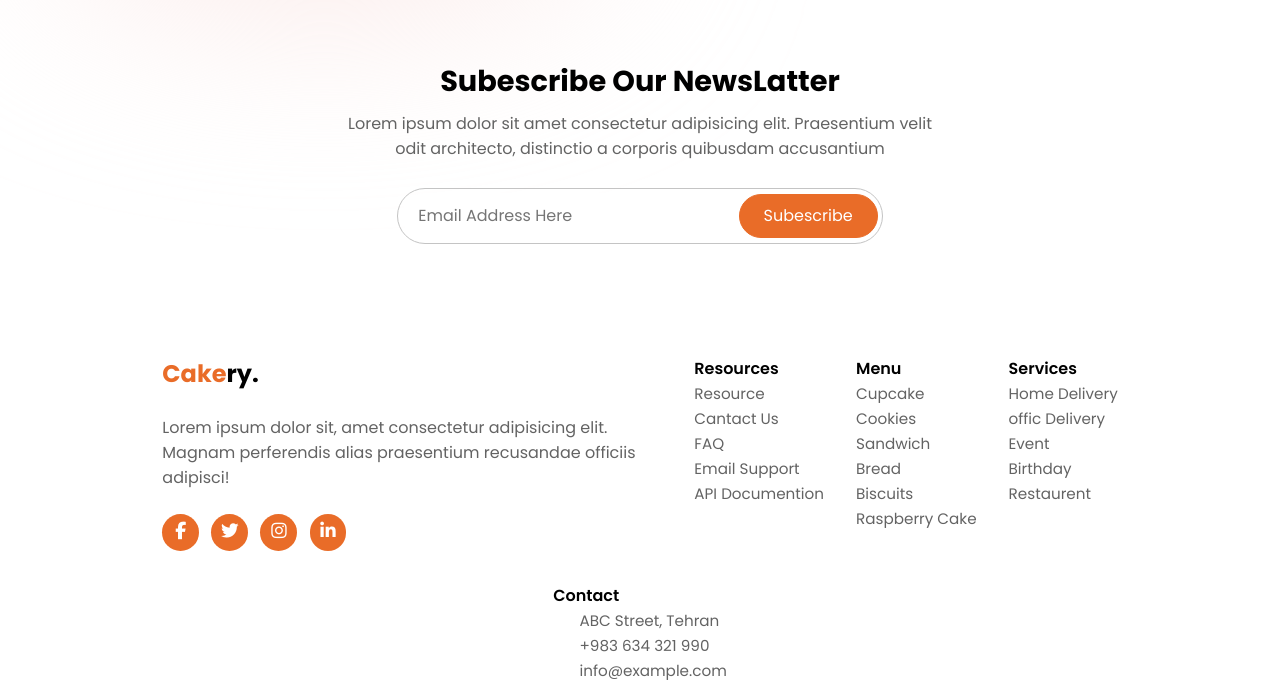
Repository: kingamirhosein100000-maker/cake.shop
Page: index.html
The author's editor kept a copy of each file at every save. The page is drawn from the files as they stood at one save, then again after a run of saves.
The browser window is 1280 px wide. The pictures show the part of the page from y = 4552 to 5279 px (the page is 5235 px tall before and 5279 px after).
A picture or video elsewhere on the page could not be fetched, so the positions and the page height are approximate. Some web libraries are served in a nearby version.

Above is the page before, as saved 2026-01-29 18:01:23.

After the next 5 saves:
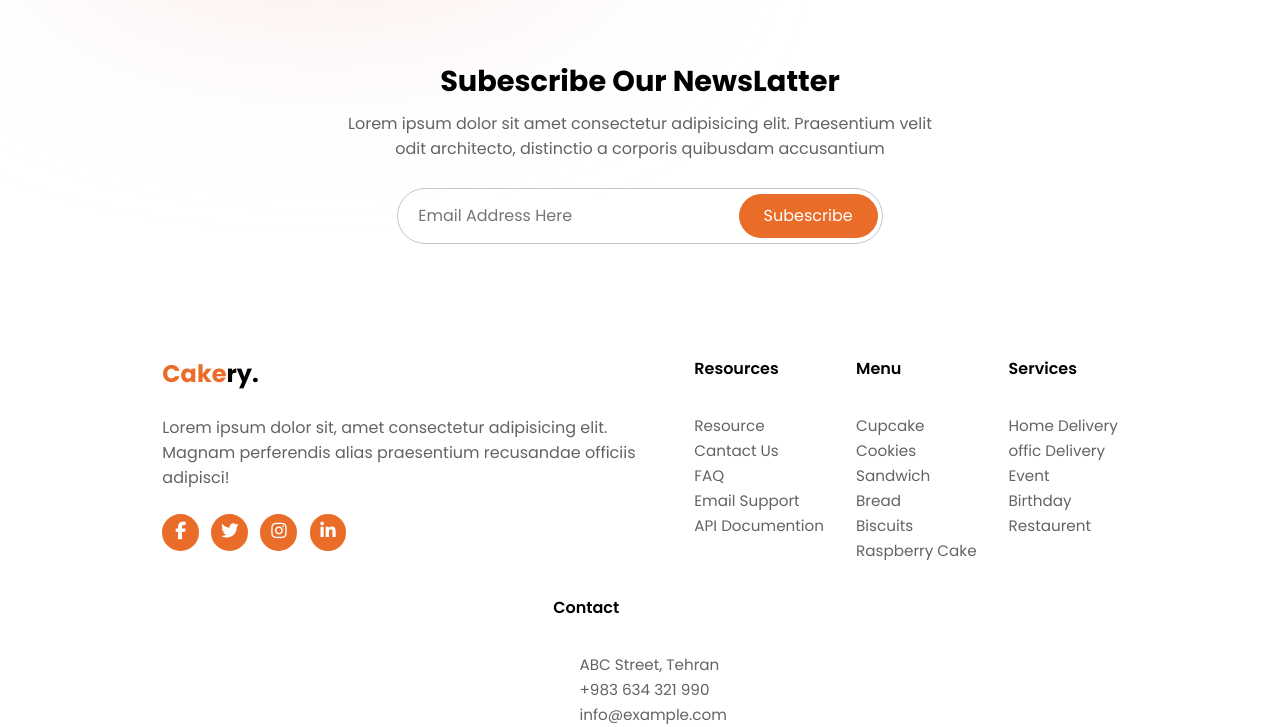
The 5 saves are shown as one change because they came seconds apart.
The last was saved 16 s later.
--- a/style.css
+++ b/style.css
@@ -333,4 +333,6 @@
                         color: var(--gray-clr);
 
                     }
-                    .f
+                    .footer-list{
+                        margin-top: 2rem;
+                    }
